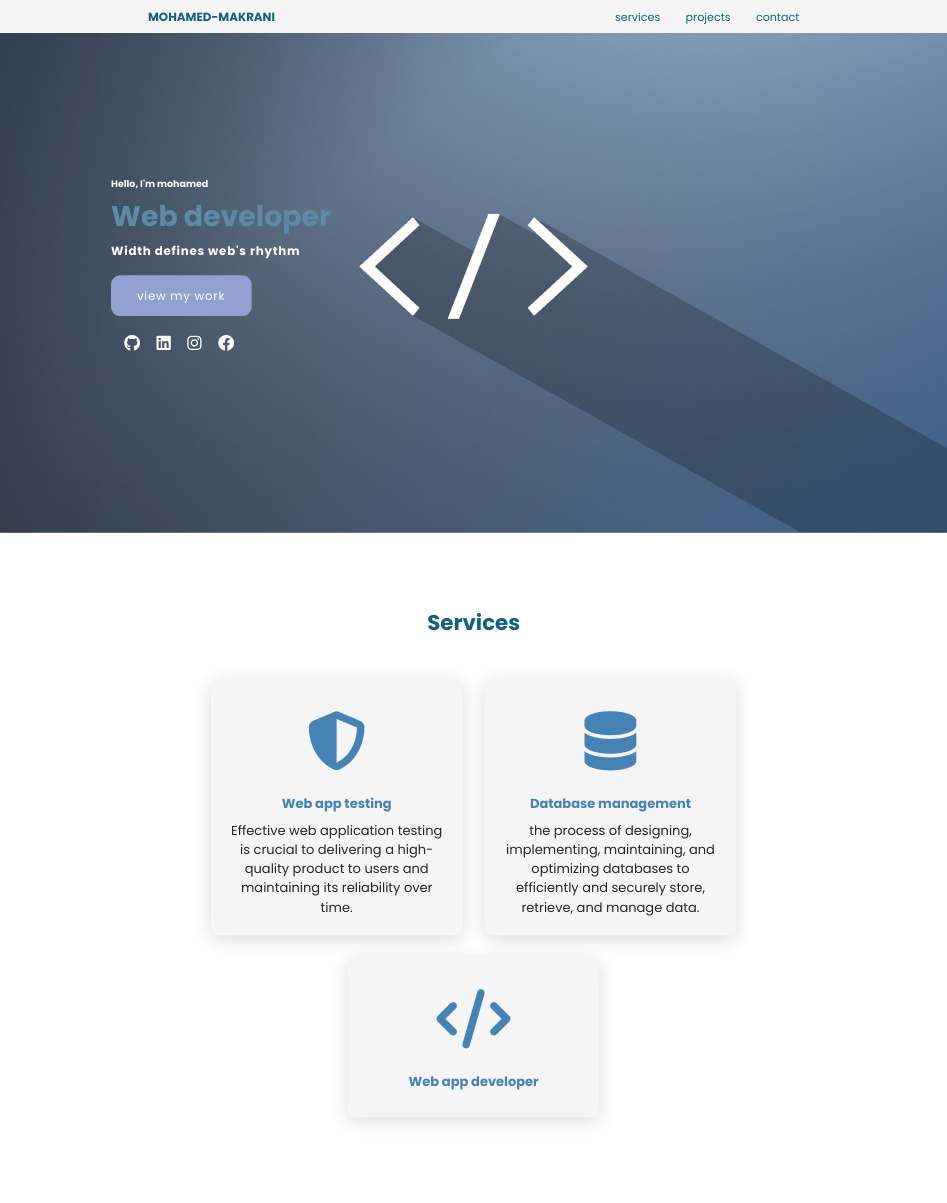
Repository: mohamed-makrani/Portfolio
Page: indixe.html
The author's editor kept a copy of each file at every save. The page is drawn from the files as they stood at one save, then again after the next save.
The browser window is 1280 px wide. The pictures show the whole page, at 74% of full size.
Backgrounds fixed to the window are drawn as part of the page.

Above is the page before, as saved 2023-09-16 20:37:53.

After the next save:
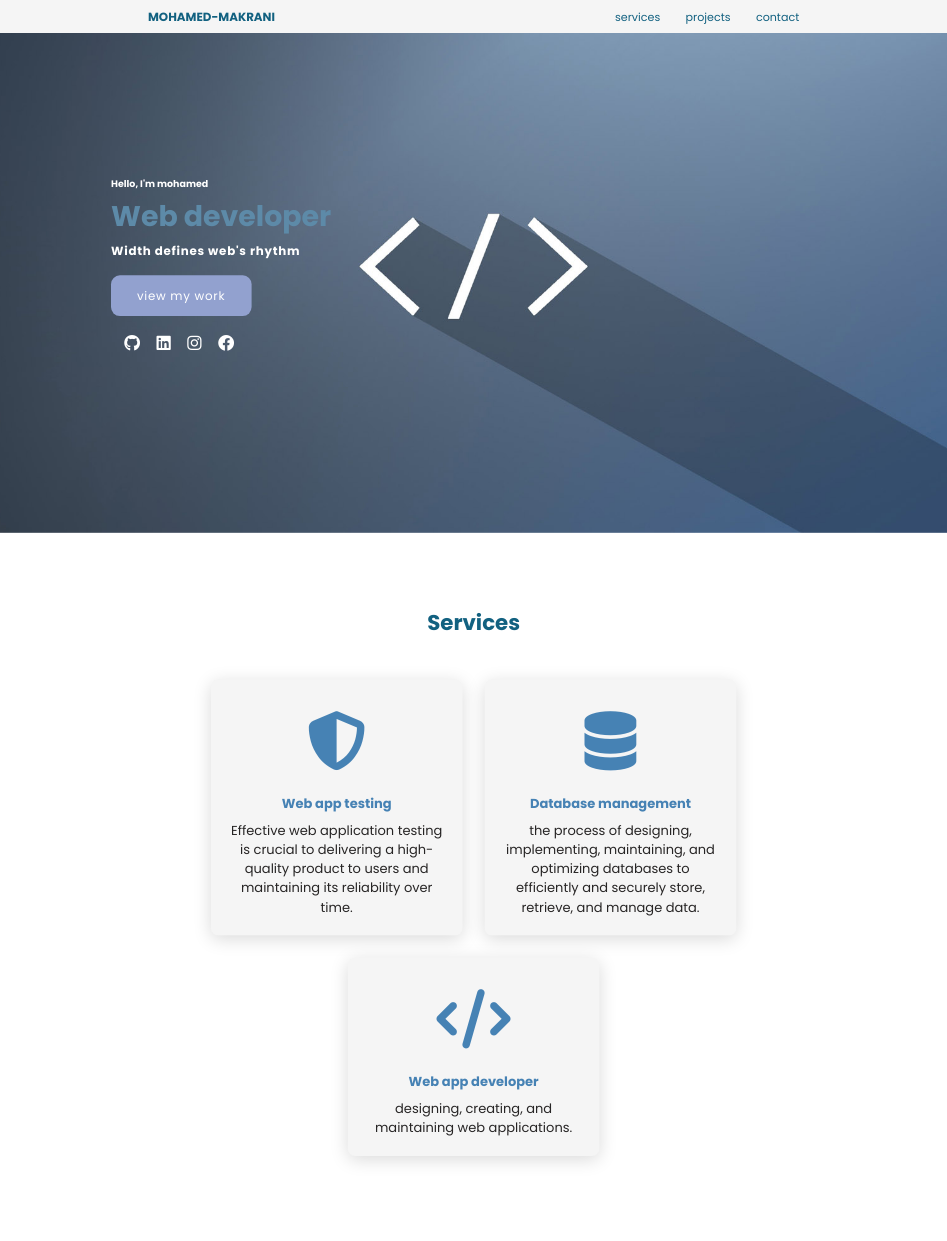
Saved 17 s later.
--- a/indixe.html
+++ b/indixe.html
@@ -52,7 +52,7 @@
                 <div class="icon"><i class="fa-solid fa-code"></i></div>
                 <div class="info">
                     <h2>Web app developer</h2>
-                    <p></p>
+                    <p> designing, creating, and maintaining web applications.</p>
                 </div>
 
 
